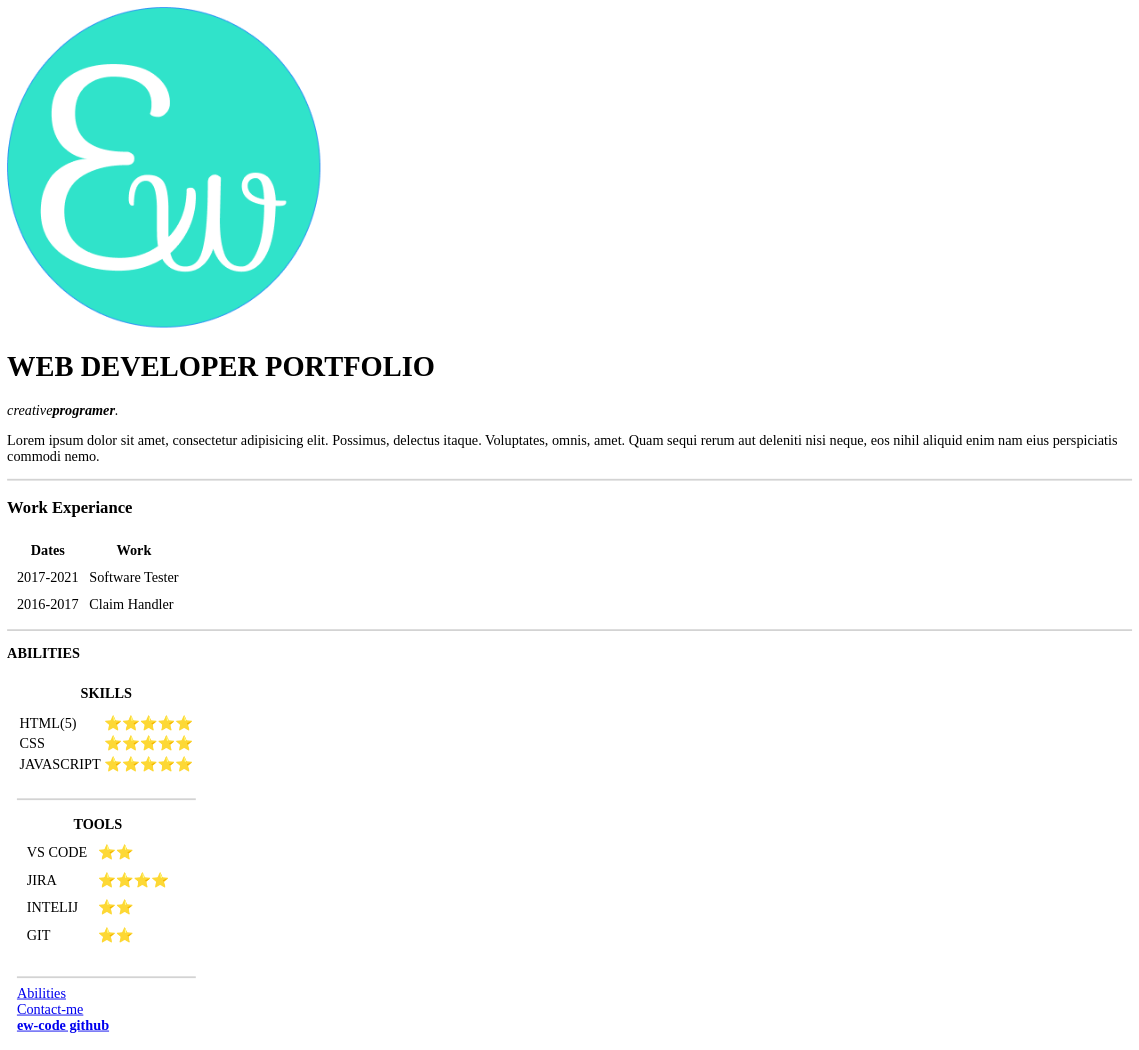
Repository: ew-code/Web-Development
Page: HTML - Personal Site/index.html
An editor plug-in stored every save of this project. The page is shown before and after the next save, followed by the edit.
The browser window is 1280 px wide. The pictures show the whole page, at 89% of full size.

Above is the page before, as saved 2021-01-06 16:15:21.

### HTML - Personal Site/index.html
<!DOCTYPE html>
<html lang="en" dir="ltr">

<style>

   body {
      background-color: white;
   }

   hr {
     background-color: lightgray;
     border-style: none;
     height: 2px;
   }
</style>


<head>
  <meta charset="utf-8"> <!-- dopracować meta description dla silników wyszukiwarek-->
  <title>ew-code</title>
</head>

<body
  <table cellspacing="20">
    <tr>
      <td><img src="images/Frame 1.png" alt="dot"></td>
      <td>
        <h1>WEB DEVELOPER PORTFOLIO</h1>
      </td>
      <td>
        <p><em>creative<strong>programer</strong>.</em></p>
        <p>Lorem ipsum dolor sit amet, consectetur adipisicing elit. Possimus, delectus itaque. Voluptates, omnis, amet.
          Quam sequi rerum aut deleniti nisi neque, eos nihil aliquid enim nam eius perspiciatis commodi nemo.</p>
      </td>
    </tr>
  </table>

  <hr>

  <h3>Work Experiance</h3>
  <table cellspacing="10">
    <thead>
      <tr>
        <th>Dates</th>
        <th>Work</th>
      </tr>
    </thead>
    <tbody>
      <tr>
        <td>2017-2021</td>
        <td>Software Tester</td>
      </tr>
    </tbody>
    <tbody>
      <tr>
        <td>2016-2017</td>
        <td>Claim Handler</td>
      </tr>
    </tbody>
  </table>
  <hr>

    <p><strong>ABILITIES</strong></p>

  <table cellspacing="10">
    <thead>
      <tr>
        <th colspan="2">SKILLS</th>
      </tr>
    </thead>
    <tr>
      <td>
        <table>
          <tr>
            <td>HTML(5)</td>
            <td>⭐⭐⭐⭐⭐</td>
          </tr>
          <tr>
            <td>CSS</td>
            <td>⭐⭐⭐⭐⭐</td>
          </tr>
          <tr>
            <td>JAVASCRIPT</td>
            <td>⭐⭐⭐⭐⭐</td>
          </tr>
        </table>

        <br>
      <hr>
        <table cellspacing="10">
          <thead>
            <tr>
              <th colspan="2">TOOLS</th>
            </tr>
          </thead>
          <tbody>
            <tr>
              <td>VS CODE</td>
              <td>⭐⭐</td>
            </tr>
            <tr>
              <td>JIRA</td>
              <td>⭐⭐⭐⭐</td>
            </tr>
            <tr>
              <td>INTELIJ</td>
              <td>⭐⭐</td>
            </tr>
            <tr>
              <td>GIT</td>
              <td>⭐⭐</td>
            </tr>
          </tbody>
        </table>
  <br>
  <hr>
  <a href="abilities.html">Abilities</a>
  <br>
  <a href="contact.html">Contact-me</a>
  <br>
  <strong><a href="https://github.com/ew-code">ew-code github</a></strong>
</body>

</html>

After the next save:
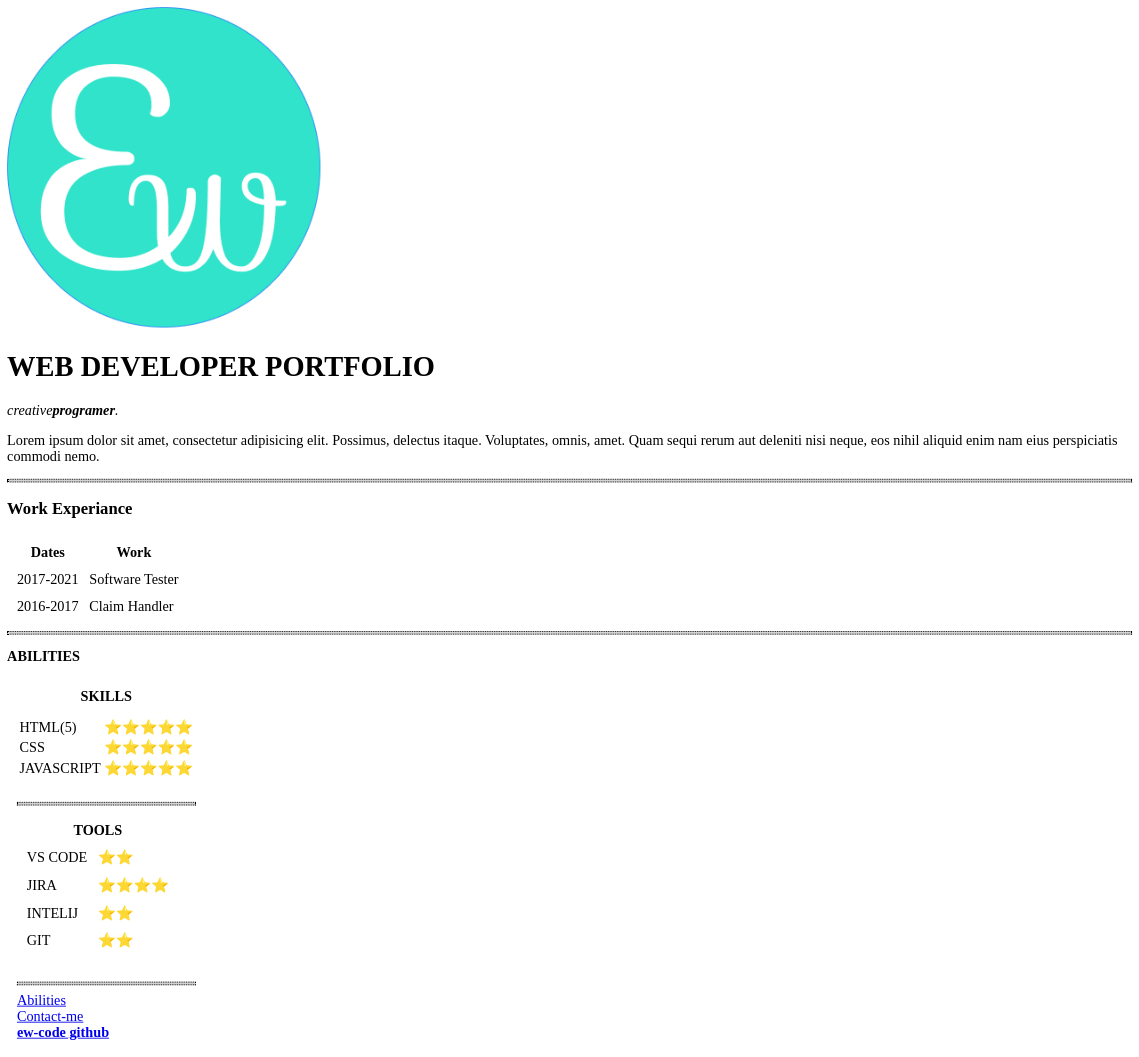
Saved 4 h 51 min later.
--- a/HTML - Personal Site/index.html
+++ b/HTML - Personal Site/index.html
@@ -11,6 +11,7 @@
      background-color: lightgray;
      border-style: none;
      height: 2px;
+     border-style: dotted;
    }
 </style>
 
